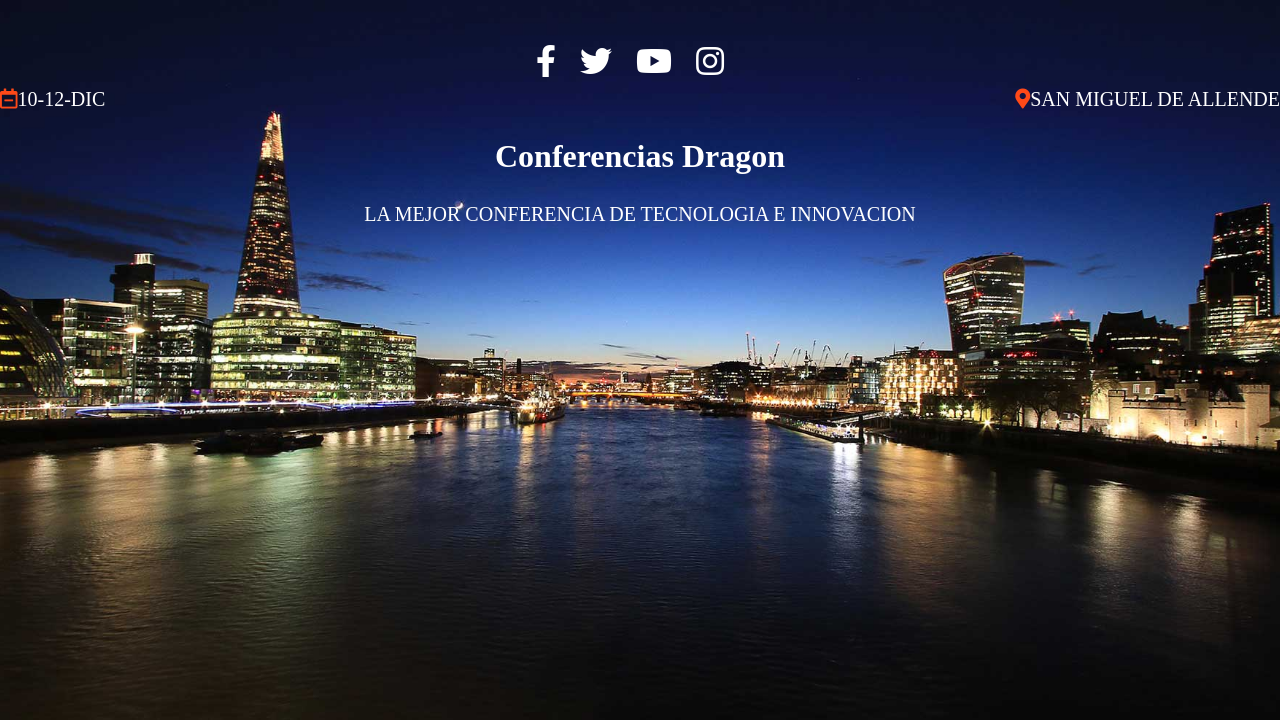
Repository: edgarhdzp/pagina-conferencias-reservaciones
Page: index.html
These files come from the project's save history. The page is drawn as it stood at one moment and after the next save; the edit follows.
The browser window is 1280 px wide. The pictures show the whole page.

Above is the page before, as saved 2020-06-16 21:04:12.

After the next save:
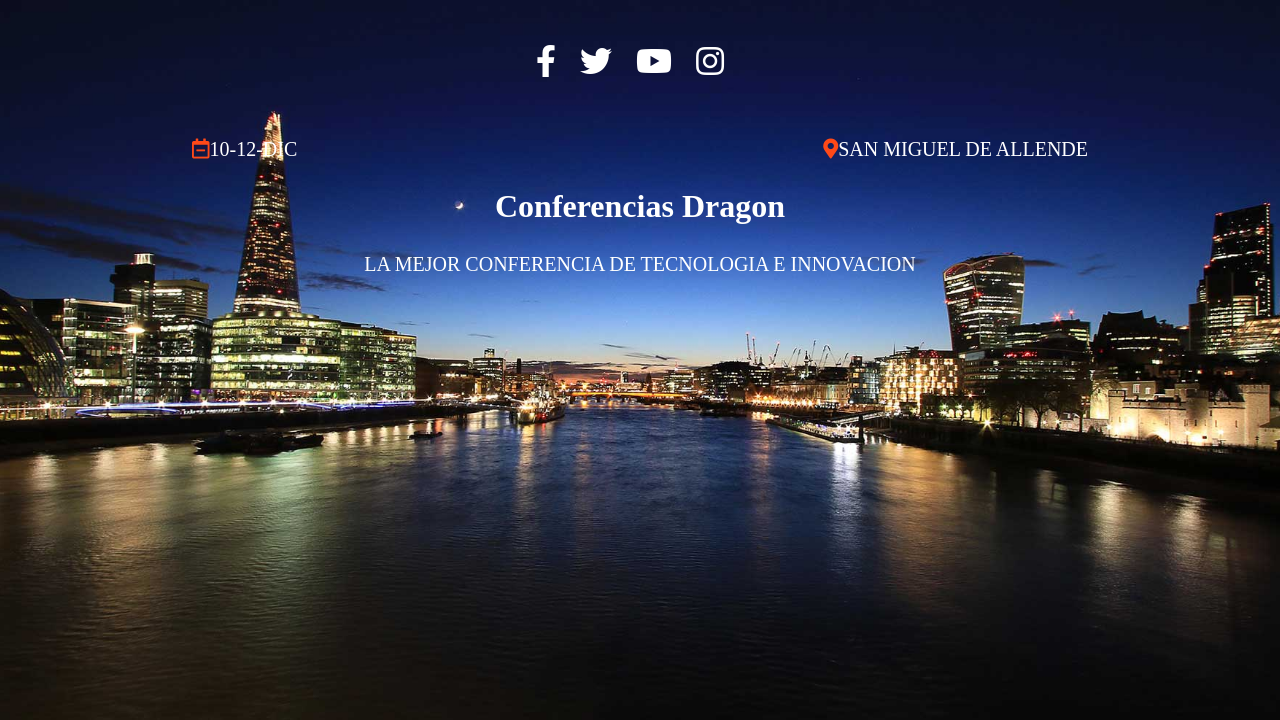
Saved 2 min 32 s later.
--- a/css/main.css
+++ b/css/main.css
@@ -150,7 +150,7 @@
     color: #fff;
 }
 
-@media only screen and(min-width:768px) {
+@media only screen and (min-width:768px) {
     div.informacion-evento {
         width: 70%;
         margin: 0 auto;
